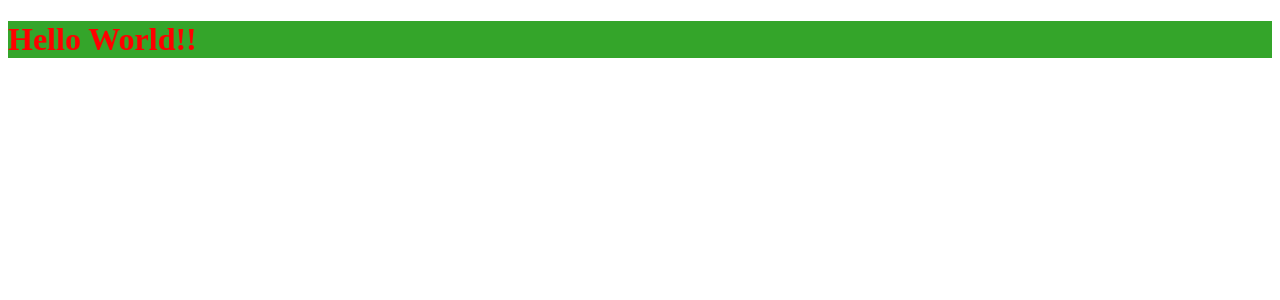
Repository: neerajachinnareddy/namaste-react
Page: index.html
The author's editor kept a copy of each file at every save. The page is drawn from the files as they stood at one save, then again after the next save.
The browser window is 1280 px wide. The pictures show the whole page.

Above is the page before, as saved 2024-07-24 08:13:10.

After the next save:
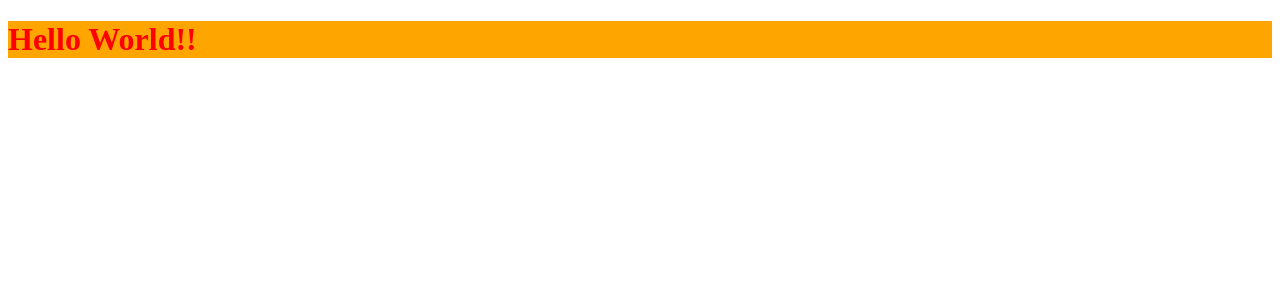
Saved 15 min 43 s later.
--- a/app.css
+++ b/app.css
@@ -1,5 +1,5 @@
 #root {
-    background-color: rgb(52, 165, 42);
+    background-color: orange
 }
 h1 {
     color: red;
